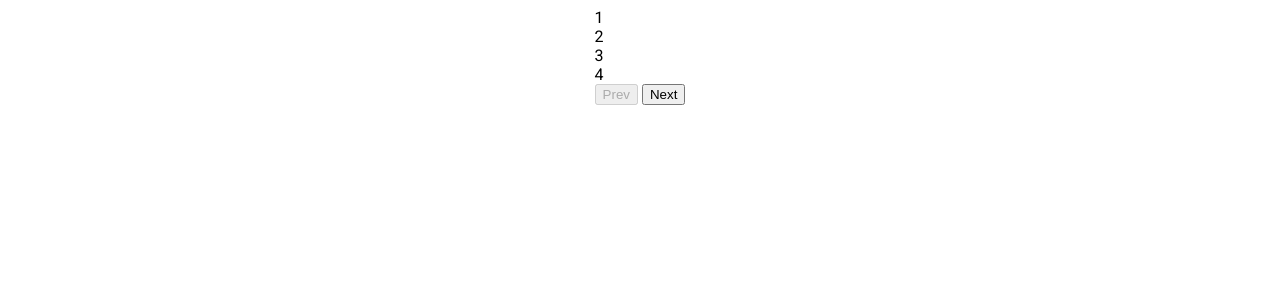
Repository: aobeid1979/Progress-Steps
Page: index.html
The author's editor kept a copy of each file at every save. The page is drawn from the files as they stood at one save, then again after a run of saves.
The browser window is 1280 px wide. The pictures show the whole page.

Above is the page before, as saved 2024-06-03 16:46:55.

### index.html
<!DOCTYPE html>
<html lang="en">
<head>
    <meta charset="UTF-8">
    <meta name="viewport" content="width=device-width, initial-scale=1.0">
    <link rel="stylesheet" href="style.css">
    <title>Progress Steps</title>
</head>
<body>
    <div class="'container">
        <div class="progree-container">
            <div class="progress" id="progress">
                <div class="circle active">1</div>
                <div class="circle">2</div>
                <div class="circle">3</div>
                <div class="circle">4</div>
            </div>
            <button class="btn" id="prev" disabled>Prev</button>
            <button class="btn" id="next">Next</button>
        </div>
    </div>


    <script src="script.js"></script>

</body>
</html>

### style.css
@import url('https://fonts.googleapis.com/css?family=Roboto:400,500,700&display=swap');

* {
    box-sizing: border-box;
}

body {
    font-family: 'Roboto', sans-serif;
    display: flex;
    flex-direction: column;
    align-items: center;
    justify-content: center;
    height: 100hv;
    overflow:
}

Loaded but not shown: script.js (no copy from this time; the picture is the same without it)

After the next 6 saves:
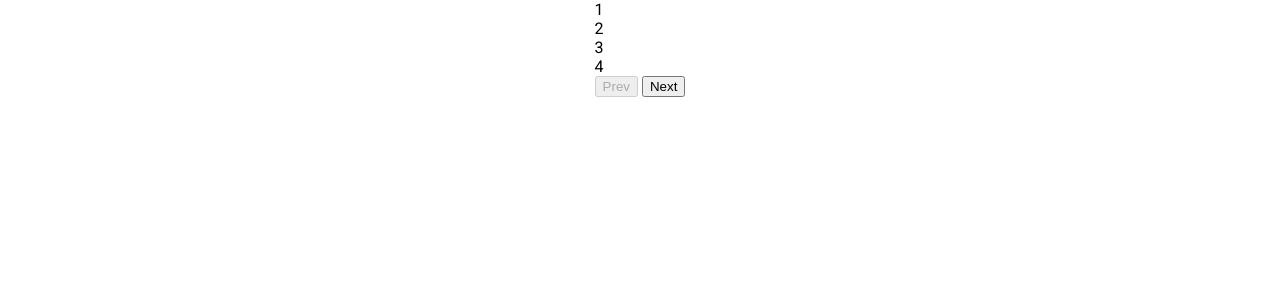
The 6 saves are shown as one change because they came seconds apart.
The last was saved 13 s later.
--- a/style.css
+++ b/style.css
@@ -11,5 +11,6 @@ body {
     align-items: center;
     justify-content: center;
     height: 100hv;
-    overflow:
+    overflow: hidden;
+    margin: 0;
 }
